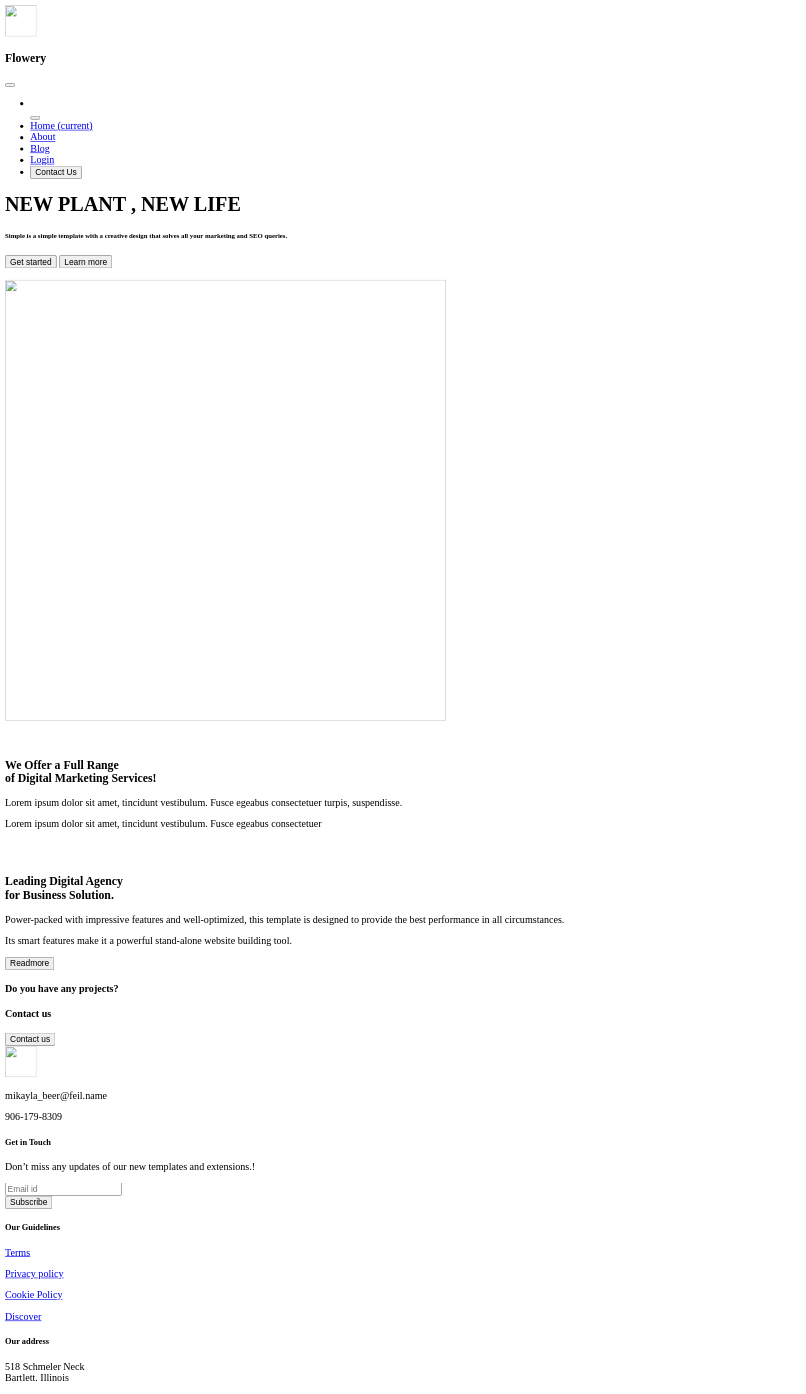
Repository: sara55m/Login
Page: http://localhost/welcome
These files come from the project's save history. The page is drawn as it stood at one moment and after the next save; the edit follows.
The browser window is 1280 px wide. The pictures show the whole page, at 63% of full size.
The page is served by the project's Laravel application, run on PHP 8.4 with Laravel 10. Other server files are loaded and not shown.

Above is the page before, as saved 2024-03-03 23:38:21.

### routes/web.php
<?php

use Illuminate\Support\Facades\Route;
use App\Http\Controllers\RegisterController;
use App\Http\Controllers\LoginController;

/*
|--------------------------------------------------------------------------
| Web Routes
|--------------------------------------------------------------------------
|
| Here is where you can register web routes for your application. These
| routes are loaded by the RouteServiceProvider and all of them will
| be assigned to the "web" middleware group. Make something great!
|
*/

Route::get('/welcome', function () {
    return view('welcome');
});


Route::get('/register', [RegisterController::class,'create']);


Route::post('/register/store', [RegisterController::class,'store']);

Route::get('/login', [LoginController::class,'create']);

Route::post('/login/store', [LoginController::class,'store']);

### resources/views/welcome.blade.php
<!DOCTYPE html>
<html lang="en">
<head>
  <title>Simple landing page</title>
  <meta charset="UTF-8">
  <meta name="viewport" content="width=device-width, initial-scale=1.0">
  <meta http-equiv="X-UA-Compatible" content="ie=edge">
  {{-- <link rel="stylesheet" href="vendors/owl-carousel/css/owl.carousel.min.css">
  <link rel="stylesheet" href="vendors/owl-carousel/css/owl.theme.default.css">
  <link rel="stylesheet" href="vendors/mdi/css/materialdesignicons.min.css">
  <link rel="stylesheet" href="vendors/aos/css/aos.css"> --}}
  <link rel="stylesheet" href="css/style.min.css">
</head>
<body id="body" data-spy="scroll" data-target=".navbar" data-offset="100">
  <!---------------------------------------------------Header Section------------------------------------------------->
  <header id="header-section">
    <nav class="navbar navbar-expand-lg pl-3 pl-sm-0" id="navbar">
    <div class="container">
      <div class="navbar-brand-wrapper d-flex w-100">
        <img src="images/plant2.png" height="50" width="50"  alt="">
        <h3 class="nav-link">Flowery</h3>
        <button class="navbar-toggler ml-auto" type="button" data-toggle="collapse" data-target="#navbarSupportedContent" aria-controls="navbarSupportedContent" aria-expanded="false" aria-label="Toggle navigation">
          <span class="mdi mdi-menu navbar-toggler-icon"></span>
        </button>
      </div>
      <div class="collapse navbar-collapse navbar-menu-wrapper" id="navbarSupportedContent">
        <ul class="navbar-nav align-items-lg-center align-items-start ml-auto">
          <li class="d-flex align-items-center justify-content-between pl-4 pl-lg-0">
            <div class="navbar-collapse-logo">
              <img src="images/Group2.svg" alt="">
            </div>
            <button class="navbar-toggler close-button" type="button" data-toggle="collapse" data-target="#navbarSupportedContent" aria-controls="navbarSupportedContent" aria-expanded="false" aria-label="Toggle navigation">
              <span class="mdi mdi-close navbar-toggler-icon pl-5"></span>
            </button>
          </li>
          <li class="nav-item">
            <a class="nav-link" href="#header-section">Home <span class="sr-only">(current)</span></a>
          </li>
          <li class="nav-item">
            <a class="nav-link" href="#features-section">About</a>
          </li>
          <li class="nav-item">
            <a class="nav-link" href="#digital-marketing-section">Blog</a>
          </li>
          <li class="nav-item">
            <a class="nav-link" href="/login">Login</a>
          </li>
          <li class="nav-item btn-contact-us pl-4 pl-lg-0">
            <button class="btn btn-info" data-toggle="modal" data-target="#exampleModal">Contact Us</button>
          </li>
        </ul>
      </div>
    </div>
    </nav>
  </header>

  <!---------------------------------------------------End Of Header Section------------------------------------------------->

  <!---------------------------------------------------Content Section------------------------------------------------->

  <div class="banner" >
    <div class="container">
      <h1 class="font-weight-semibold">NEW PLANT , NEW LIFE</h1>
      <h6 class="font-weight-normal text-muted pb-3">Simple is a simple template with a creative design that solves all your marketing and SEO queries.</h6>
      <div>
        <button class="btn btn-opacity-light mr-1">Get started</button>
        <button class="btn btn-opacity-success ml-1">Learn more</button>
      </div>
      <br/>
      <div class="banner">
      <img src="images\photo_9_2024-03-03_23-14-07.jpg" alt="" height="700" width="700"  >
      </div>
    </div>
  </div>
  <br/>
  <br/>
  <div class="content-wrapper">
    <div class="container">
  <section class="digital-marketing-service" id="digital-marketing-section">
    <div class="row align-items-center">
      <div class="col-12 col-lg-7 grid-margin grid-margin-lg-0" data-aos="fade-right">
        <h3 class="m-0">We Offer a Full Range<br>of Digital Marketing Services!</h3>
        <div class="col-lg-7 col-xl-6 p-0">
          <p class="py-4 m-0 text-muted">Lorem ipsum dolor sit amet, tincidunt vestibulum. Fusce egeabus consectetuer turpis, suspendisse.</p>
          <p class="font-weight-medium text-muted">Lorem ipsum dolor sit amet, tincidunt vestibulum. Fusce egeabus consectetuer</p>
        </div>
      </div>
      <div class="col-12 col-lg-5 p-0 img-digital grid-margin grid-margin-lg-0" data-aos="fade-left">
        <img src="images\flowers.jpg" alt="" class="img-fluid">
      </div>
    </div>
    <div class="row align-items-center">
      <div class="col-12 col-lg-7 text-center flex-item grid-margin" data-aos="fade-right">
        <img src="images\pots.jpg" alt="" class="img-fluid">
      </div>
      <div class="col-12 col-lg-5 flex-item grid-margin" data-aos="fade-left">
        <h3 class="m-0">Leading Digital Agency<br>for  Business Solution.</h3>
        <div class="col-lg-9 col-xl-8 p-0">
          <p class="py-4 m-0 text-muted">Power-packed with impressive features and well-optimized, this template is designed to provide the best performance in all circumstances.</p>
          <p class="pb-2 font-weight-medium text-muted">Its smart features make it a powerful stand-alone website building tool.</p>
        </div>
        <button class="btn btn-info">Readmore</button>
      </div>
    </div>
  </section>
  <!---------------------------------------------------End Of Content Section------------------------------------------------->

  <!---------------------------------------------------Footer Section------------------------------------------------->
  <footer>

  <section class="contact-us" id="contact-section">
    <div class="contact-us-bgimage grid-margin" >
      <div class="pb-4">
        <h4 class="px-3 px-md-0 m-0" data-aos="fade-down">Do you have any projects?</h4>
        <h4 class="pt-1" data-aos="fade-down">Contact us</h4>
      </div>
      <div data-aos="fade-up">
        <button class="btn btn-rounded btn-outline-danger">Contact us</button>
      </div>
    </div>
  </section>

  <section class="contact-details" id="contact-details-section">
    <div class="row text-center text-md-left">
      <div class="col-12 col-md-6 col-lg-3 grid-margin ">
        <img src="images/plant2.png" height="50" width="50" alt="" class="pb-2">


        <div class="pt-2">

          <p class="text-muted m-0">mikayla_beer@feil.name</p>
          <p class="text-muted m-0">906-179-8309</p>
        </div>
      </div>
      <div class="col-12 col-md-6 col-lg-3 grid-margin">
        <h5 class="pb-2">Get in Touch</h5>
        <p class="text-muted">Don’t miss any updates of our new templates and extensions.!</p>
        <form>
          <input type="text" class="form-control" id="Email" placeholder="Email id">
        </form>
        <div class="pt-3">
          <button class="btn btn-dark">Subscribe</button>
        </div>
      </div>
      <div class="col-12 col-md-6 col-lg-3 grid-margin">
        <h5 class="pb-2">Our Guidelines</h5>
        <a href="#"><p class="m-0 pb-2">Terms</p></a>
        <a href="#" ><p class="m-0 pt-1 pb-2">Privacy policy</p></a>
        <a href="#"><p class="m-0 pt-1 pb-2">Cookie Policy</p></a>
        <a href="#"><p class="m-0 pt-1">Discover</p></a>
      </div>
      <div class="col-12 col-md-6 col-lg-3 grid-margin">
          <h5 class="pb-2">Our address</h5>
          <p class="text-muted">518 Schmeler Neck<br>Bartlett. Illinois</p>
          <div class="d-flex justify-content-center justify-content-md-start">
            <a href="#"><span class="mdi mdi-facebook"></span></a>
            <a href="#"><span class="mdi mdi-twitter"></span></a>
            <a href="#"><span class="mdi mdi-instagram"></span></a>
            <a href="#"><span class="mdi mdi-linkedin"></span></a>
          </div>
      </div>
    </div>
  </section>
    </div>
  </div>
  </footer>

  <!---------------------------------------------------End Of Footer Section------------------------------------------------->



  {{-- <script src="vendors/jquery/jquery.min.js"></script>
  <script src="vendors/bootstrap/bootstrap.min.js"></script>
  <script src="vendors/owl-carousel/js/owl.carousel.min.js"></script>
  <script src="vendors/aos/js/aos.js"></script> --}}
  <script src="js/landingpage.js"></script>
</body>
</html>

After the next save:
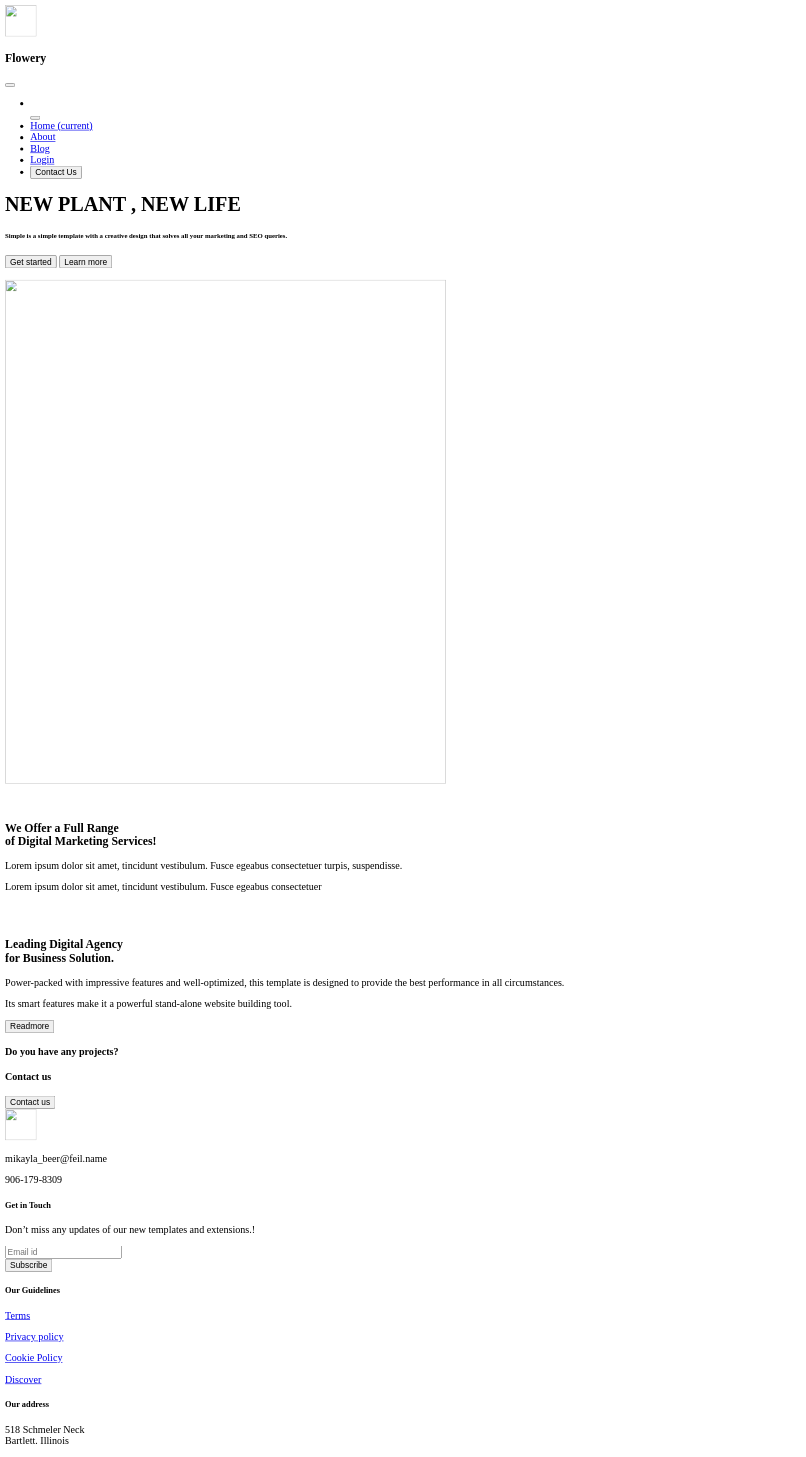
Saved 25 s later.
--- a/resources/views/welcome.blade.php
+++ b/resources/views/welcome.blade.php
@@ -68,7 +68,7 @@
       </div>
       <br/>
       <div class="banner">
-      <img src="images\photo_9_2024-03-03_23-14-07.jpg" alt="" height="700" width="700"  >
+      <img src="images\photo_9_2024-03-03_23-14-07.jpg" alt="" height="800" width="700"  >
       </div>
     </div>
   </div>
